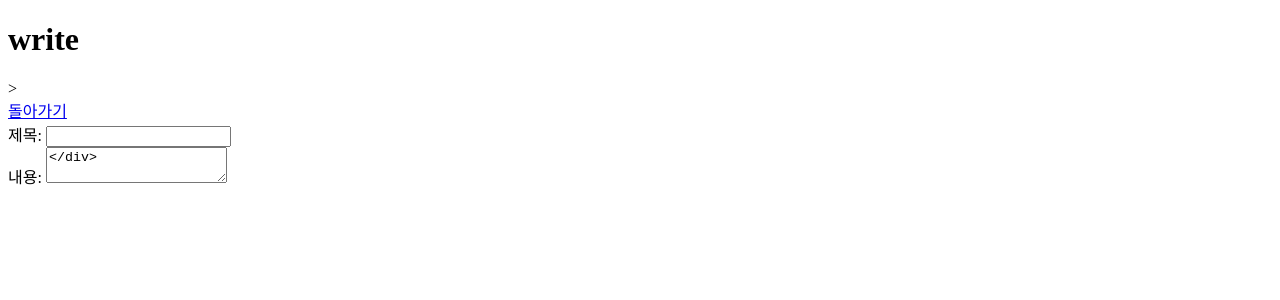
Repository: jennienterry/Board
Page: http://localhost/BoardVer2/write
An editor plug-in stored every save of this project. The page is shown before and after the next save, followed by the edit.
The browser window is 1280 px wide. The pictures show the whole page.
The page is served by Tomcat 9. Other server files are loaded and not shown.

Above is the page before, as saved 2021-04-28 01:42:23.

### WebWorkspace/BoardVer2/src/main/webapp/WEB-INF/jsp/write.jsp
<%@ page language="java" contentType="text/html; charset=UTF-8"
    pageEncoding="UTF-8"%>
<!DOCTYPE html>
<html>
<head>
<meta charset="UTF-8">
<title>write</title>
</head>
<body>
	<h1>write</h1>>
	<div><a href="/list">돌아가기</a></div>
	<div>
		<form action="/write" method="post">
			<div>제목: <input type="text" name="title"></div>
			<div>내용: <textarea name="ctnt"</textarea></div>


		</form></div>
</body>
</html>

### WebWorkspace/BoardVer2/src/main/java/com/koreait/board2/BoardWriteServlet.java
package com.koreait.board2;

import java.io.IOException;
import javax.servlet.ServletException;
import javax.servlet.annotation.WebServlet;
import javax.servlet.http.HttpServlet;
import javax.servlet.http.HttpServletRequest;
import javax.servlet.http.HttpServletResponse;

@WebServlet("/write")
public class BoardWriteServlet extends HttpServlet {
	private static final long serialVersionUID = 1L;

	protected void doGet(HttpServletRequest request, HttpServletResponse response) throws ServletException, IOException {
		String jsp = "WEB-INF/jsp/write.jsp";
		request.getRequestDispatcher(jsp).forward(request, response);
	}

	protected void doPost(HttpServletRequest request, HttpServletResponse response) throws ServletException, IOException {

	}

}

After the next save:
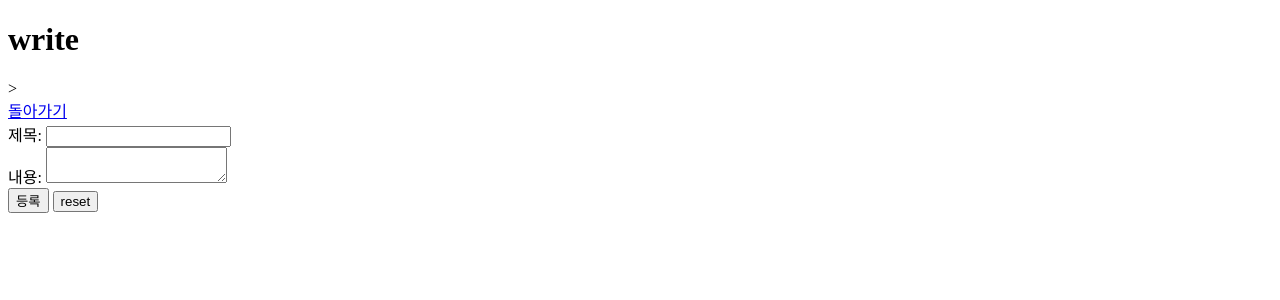
Saved 62 s later.
--- a/WebWorkspace/BoardVer2/src/main/webapp/WEB-INF/jsp/write.jsp
+++ b/WebWorkspace/BoardVer2/src/main/webapp/WEB-INF/jsp/write.jsp
@@ -12,9 +12,11 @@
 	<div>
 		<form action="/write" method="post">
 			<div>제목: <input type="text" name="title"></div>
-			<div>내용: <textarea name="ctnt"</textarea></div>
-
-
-		</form></div>
+			<div>내용: <textarea name="ctnt"></textarea></div>
+		<div>
+		<input type="submit" value="등록">
+		<input type="reset" value="reset">
+		</div>
+		</form>
 </body>
 </html>
